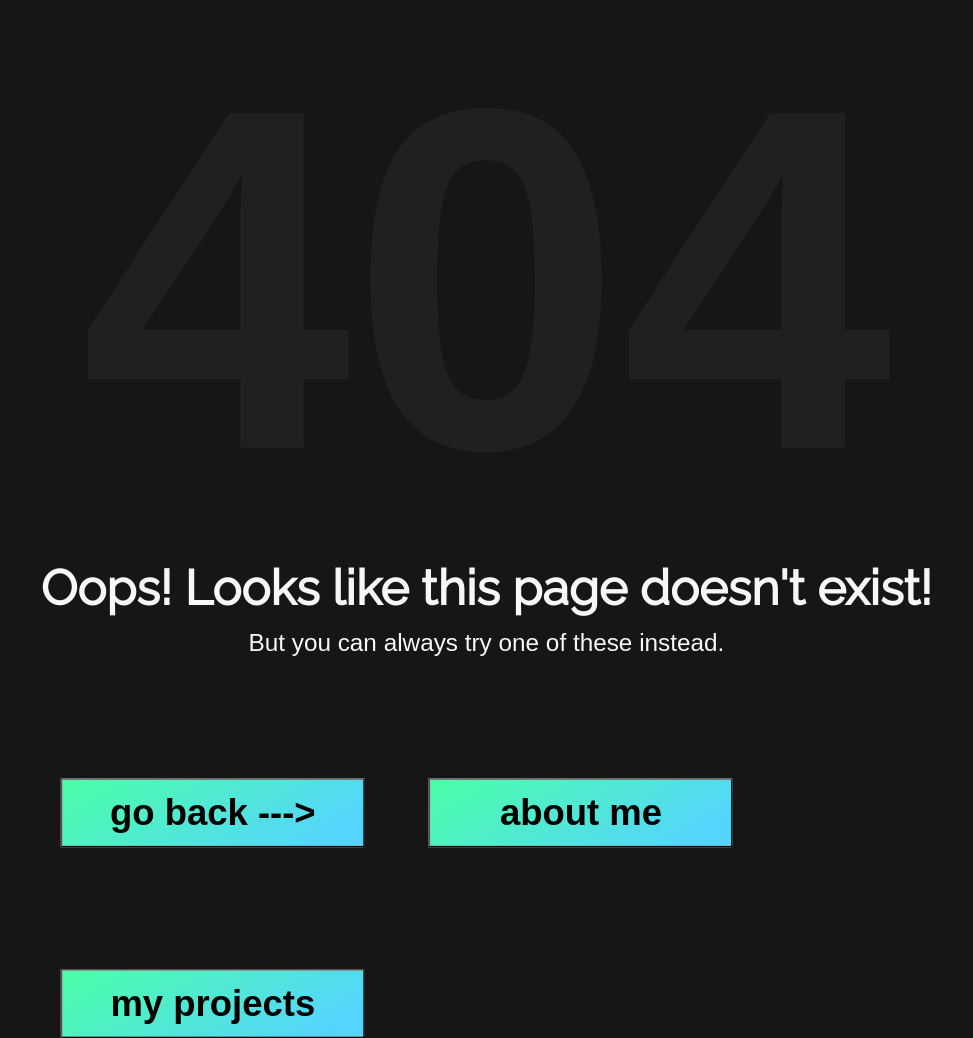
Repository: TeeJaysDev/Portfolio
Page: 404.html
The author's editor kept a copy of each file at every save. The page is drawn from the files as they stood at one save, then again after the next save.
The browser window is 1280 px wide. The pictures show the whole page, at 76% of full size.

Above is the page before, as saved 2021-08-26 22:14:15.

### 404.html
<!DOCTYPE html>
<html lang="en">
<head>
    <meta charset="UTF-8">
    <meta http-equiv="X-UA-Compatible" content="IE=edge">
    <meta name="viewport" content="width=device-width, initial-scale=1.0">
    <script type="text/javascript" src="script.js"></script>
    <link rel="stylesheet" href="404.css">
    <link rel="preconnect" href="https://fonts.gstatic.com">
    <link href="https://fonts.googleapis.com/css2?family=Raleway&display=swap" rel="stylesheet">
    <title>Tymon Jędryczka | Portfolio</title>
</head>
<body>
    <section class="error">
        <h2>
            404
        </h2>
        <h1>
            Oops! Looks like this page doesn't exist!
        </h1>
        <h3>
            But you can always try one of these instead.
        </h3>
        <button>
            <a href="https://teejay.dev" target="_blank" rel="noopener">go back ---></a>
        </button>
        <button>
            <a href="https://teejay.dev/#about" target="_blank" rel="noopener">about me</a>
        </button>
        <button>
            <a href="https://teejay.dev/#projects" target="_blank" rel="noopener">my projects</a>
        </button>
    </section>
</body>
</html>

### 404.css
@import url('https://fonts.googleapis.com/css2?family=Raleway&display=swap');

* {
    margin: 0;
    padding: 0;
    box-sizing: border-box;
    font-family: sans-serif;
    text-decoration: none;
    list-style: none;
    z-index: 1;
}

body {
    background-color: #161616;
}

h1, h3 {
    display: flex;
    justify-content: center;
    color: #F7F7F7;
}

h1 {
    font-family: Raleway;
    font-size: 4rem;
    font-weight: 700;
    margin-bottom: 1rem;
}

h3 {
    font-family: Arial, Helvetica, sans-serif;
    font-size: 2rem;
    font-weight: 400;
}

h2 {
    display: flex;
    justify-content: center;
    color: #202020;
    font-size: 40rem;
    z-index: 0;
}

button a {
    text-align: center;
    font-size: 3rem;
    color: #000000;
}

button {
    padding: 1rem;
    width: 25rem;
    font-weight: bold;
    text-align: center;
    margin-left: 5rem;
    margin-top: 10rem;
    background-image: linear-gradient(147deg, #4bffa5, #54d4ff 90%);
    color: #000000;
    cursor: pointer;
}

@media only screen
and (min-width: 320px)
and (max-width: 375px) {

    h1 {
        min-width: 17ch;
        text-align: right;
        margin-left: 1.5rem;
        margin-top: 4rem;
        font-size: 2rem;
    }

    h2 {
        margin-top: 7rem;
        margin-left: 0.5rem;
        font-size: 12rem;
    }

    button {
        margin-top: 5rem;
        margin-left: 0.3rem;
    }
}

@media only screen
and (min-width: 375px)
and (max-width: 425px) {

    h1 {
        min-width: 20ch;
        text-align: right;
        margin-left: 1rem;
        margin-top: 4rem;
        font-size: 2rem;
    }

    h2 {
        margin-top: 7rem;
        margin-left: 2rem;
        font-size: 12rem;
    }

    button {
        margin-top: 10rem;
        margin-left: 2rem;
    }
}

@media only screen
and (min-width: 425px)
and (max-width: 768px) {

    h1 {
        text-align: right;
        margin-left: 2rem;
        margin-top: 4rem;
        font-size: 2rem;
    }

    h2 {
        margin-top: 7rem;
        margin-left: 3rem;
        font-size: 12rem;
    }

    button {
        margin-top: 5rem;
        margin-left: 3rem;
    }
}

@media only screen
and (min-width: 768px)
and (max-width: 1024px) {

    h1 {
        text-align: right;
        margin-left: 2rem;
        margin-top: 4rem;
        font-size: 2rem;
    }

    h2 {
        margin-top: 3rem;
        margin-left: 3rem;
        font-size: 25rem;
    }

    button {
        margin-top: 3rem;
        margin-left: 15rem;
    }
}

Loaded but not shown: script.js (no stored copy; drawn as an empty file)

After the next save:
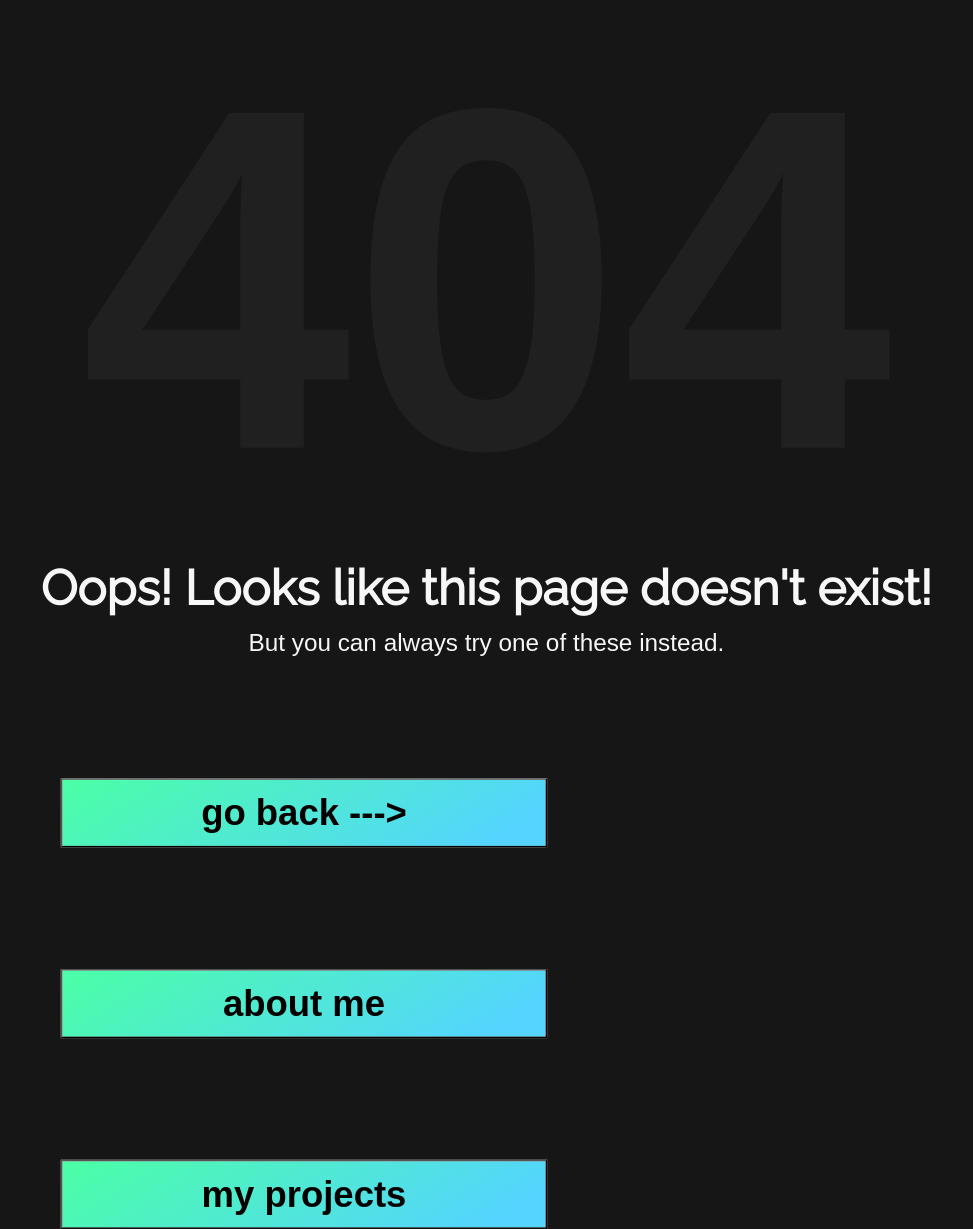
Saved 50 s later.
--- a/404.css
+++ b/404.css
@@ -35,6 +35,7 @@ h3 {
 
 h2 {
     display: flex;
+
     justify-content: center;
     color: #202020;
     font-size: 40rem;
@@ -48,8 +49,8 @@ button a {
 }
 
 button {
-    padding: 1rem;
-    width: 25rem;
+    padding: 1rem 2rem 1rem 2rem;
+    width: 40rem;
     font-weight: bold;
     text-align: center;
     margin-left: 5rem;

After the save that followed:
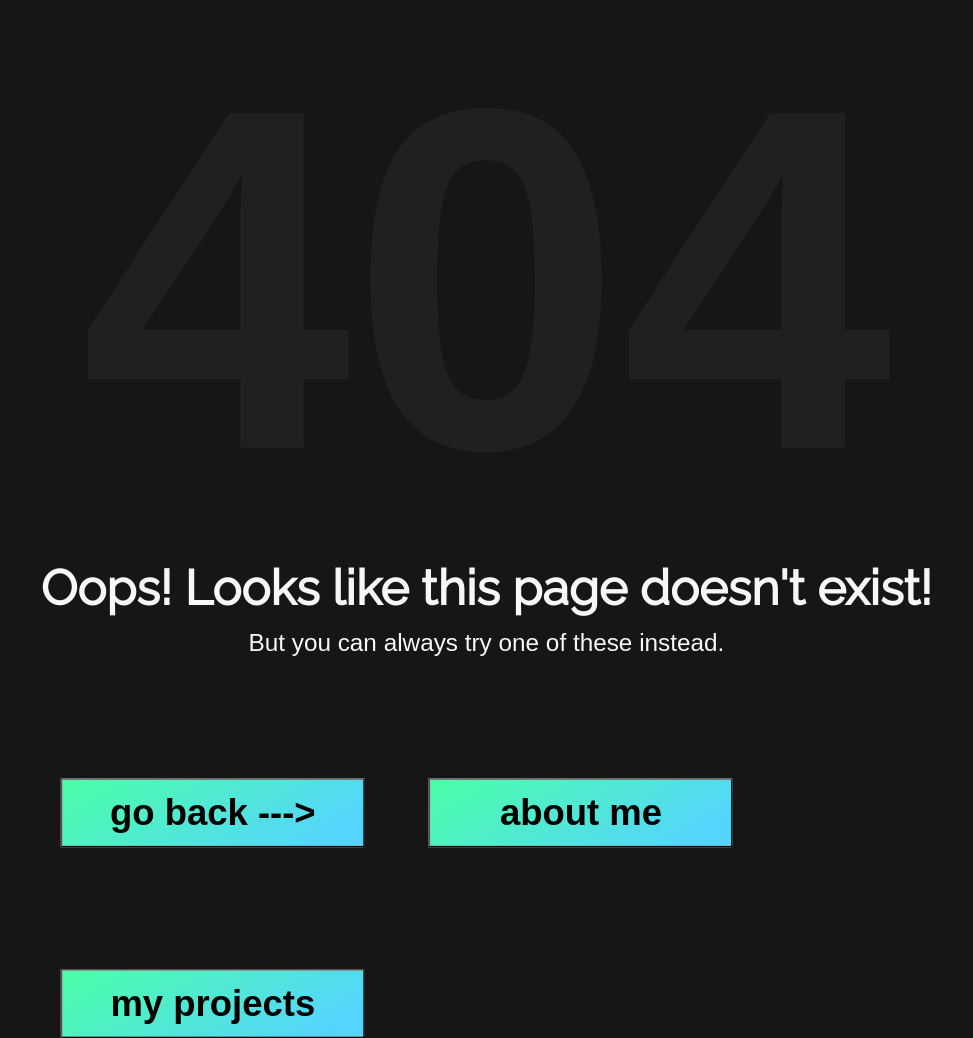
Saved 6 s later.
--- a/404.css
+++ b/404.css
@@ -35,7 +35,6 @@ h3 {
 
 h2 {
     display: flex;
-
     justify-content: center;
     color: #202020;
     font-size: 40rem;
@@ -49,8 +48,11 @@ button a {
 }
 
 button {
-    padding: 1rem 2rem 1rem 2rem;
-    width: 40rem;
+    display: inline-flex;
+    justify-content: center;
+
+    padding: 1rem;
+    width: 25rem;
     font-weight: bold;
     text-align: center;
     margin-left: 5rem;
